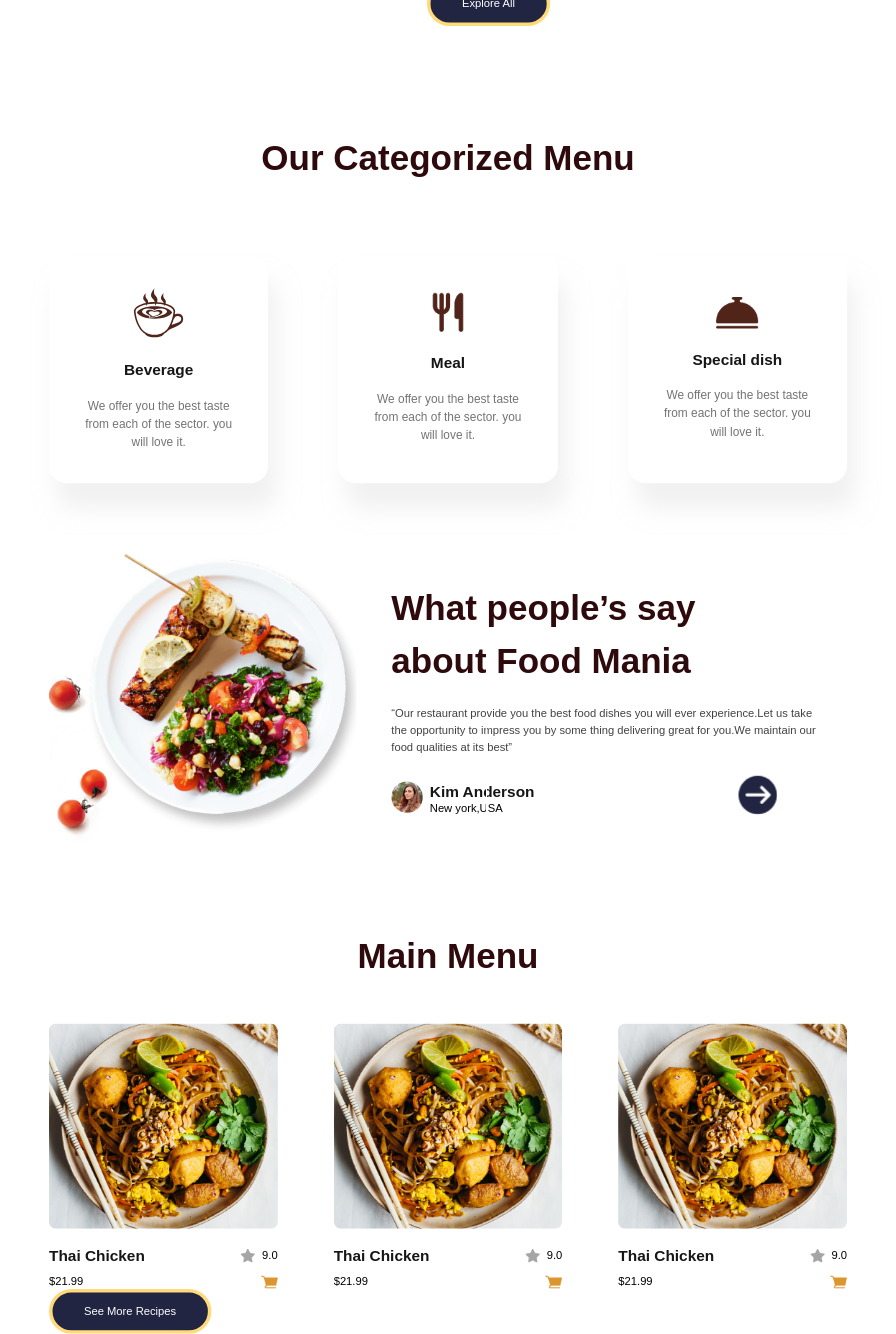
Repository: hoang0508/Figmafood
Page: index.html
These files come from the project's save history. The page is drawn as it stood at one moment and after the next save; the edit follows.
The browser window is 1280 px wide. The pictures show the part of the page from y = 1195 to 3115 px (the page is 3101 px tall before and 3115 px after), at 70% of full size.
Some web libraries are served in a nearby version. The style sheet was rebuilt from its Sass, Less or Tailwind sources for each picture, by a compiler version that may differ from the author's.

Above is the page before, as saved 2021-11-08 15:07:34.

After the next save:
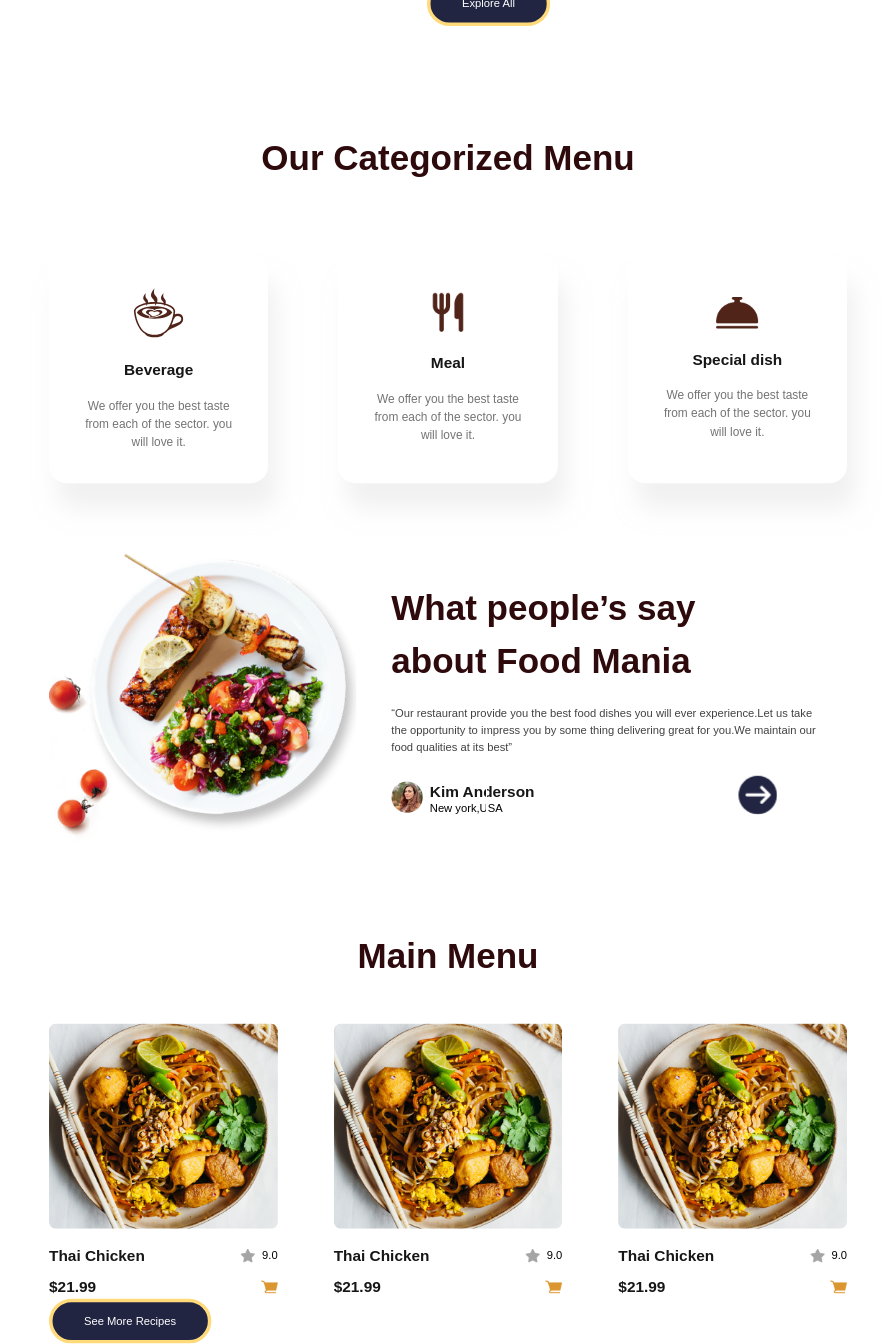
Saved 78 s later.
--- a/index.html
+++ b/index.html
@@ -248,7 +248,9 @@
                     </div>
                   </div>
                   <div class="product-price d-flex--between">
-                    <span class="product-coin">$21.99</span>
+                    <span class="product-coin heading-title--small"
+                      >$21.99</span
+                    >
                     <a href="#" class="product-link">
                       <img src="./images/icon-cart-product.png" alt="" />
                     </a>
@@ -268,7 +270,9 @@
                     </div>
                   </div>
                   <div class="product-price d-flex--between">
-                    <span class="product-coin">$21.99</span>
+                    <span class="product-coin heading-title--small"
+                      >$21.99</span
+                    >
                     <a href="#" class="product-link">
                       <img src="./images/icon-cart-product.png" alt="" />
                     </a>
@@ -288,7 +292,9 @@
                     </div>
                   </div>
                   <div class="product-price d-flex--between">
-                    <span class="product-coin">$21.99</span>
+                    <span class="product-coin heading-title--small"
+                      >$21.99</span
+                    >
                     <a href="#" class="product-link">
                       <img src="./images/icon-cart-product.png" alt="" />
                     </a>
